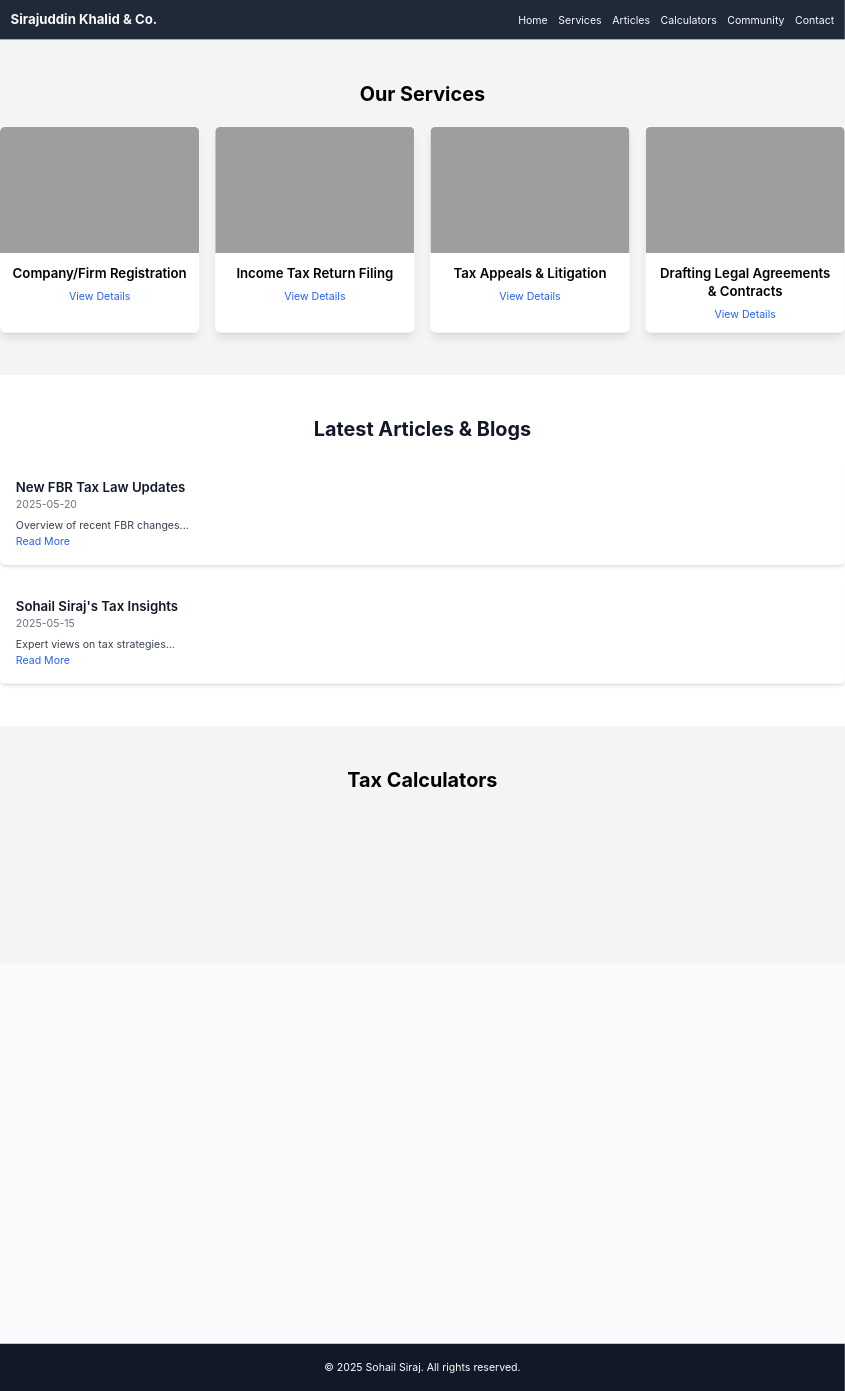
Repository: asadhaye/ss-tax
Page: /
These files come from the project's save history. The page is drawn as it stood at one moment and after the next save; the edit follows.
The browser window is 1280 px wide. The pictures show the whole page, at 66% of full size.
Pictures or frames that could not be fetched are drawn as grey boxes. The project was rebuilt for these pictures with package versions that can differ from the ones it lists, and the page was loaded fresh each time. The framework's server and built-in components were replaced by stand-ins that run in the browser. Also part of the build but not shown: next.config.mjs.

Above is the page before, as saved 2025-05-26 06:27:00.

After the next save:
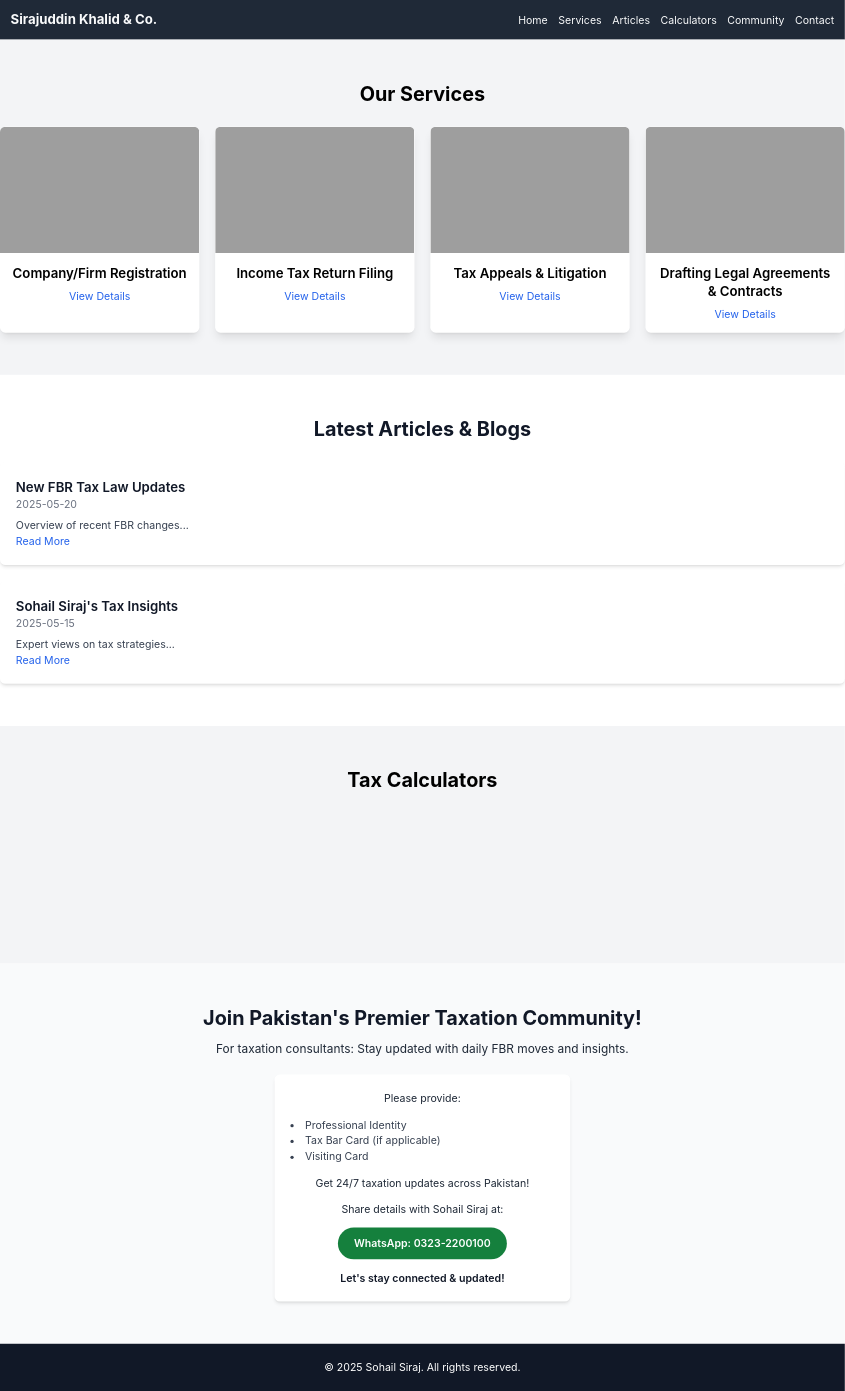
Saved 49 s later.
--- a/app/styles/animations.module.css
+++ b/app/styles/animations.module.css
@@ -1,10 +1,18 @@
 /* Base Animation Classes */
 .fadeIn {
   opacity: 0;
-  transform: translateY(-10px);
-  transition: opacity 0.4s ease-out, transform 0.4s ease-out;
-  /* Fallback for no JS or hydration issues */
-  @media (prefers-reduced-motion: reduce) {
+  transform: translateY(20px);
+  transition: opacity 0.6s ease-out, transform 0.6s ease-out;
+}
+
+.fadeIn.visible {
+  opacity: 1;
+  transform: translateY(0);
+}
+
+/* Fallback for no JS or hydration issues */
+@media (prefers-reduced-motion: reduce) {
+  .fadeIn {
     opacity: 1;
     transform: none;
   }
